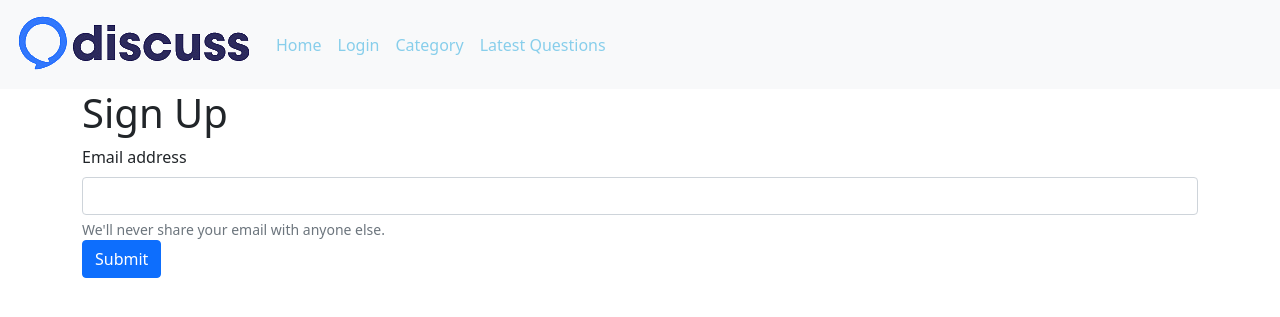
Repository: zeeShanizeeshan/php-project
Page: http://localhost/?signup=true
The author's editor kept a copy of each file at every save. The page is drawn from the files as they stood at one save, then again after the next save.
The browser window is 1280 px wide. The pictures show the whole page.
The page is run by PHP 8.4 with error messages shown; the project is at /var/www/html/.

Above is the page before, as saved 2025-12-02 16:31:26.

After the next save:
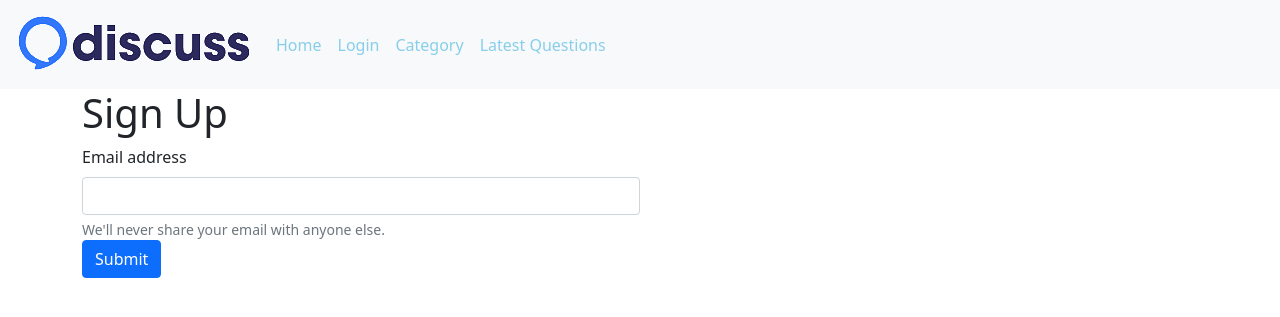
Saved 45 s later.
--- a/client/signup.php
+++ b/client/signup.php
@@ -1,7 +1,7 @@
 <div class="container">
     <h1>Sign Up</h1>
     <form>
-        <div class="sm-3">
+        <div class="sm-3 col-6">
             <label for="exampleInputEmail1" class="form-label">Email address</label>
             <input type="email" class="form-control" id="exampleInputEmail1" aria-describedby="emailHelp">
             <div id="emailHelp" class="form-text">We'll never share your email with anyone else.</div>
